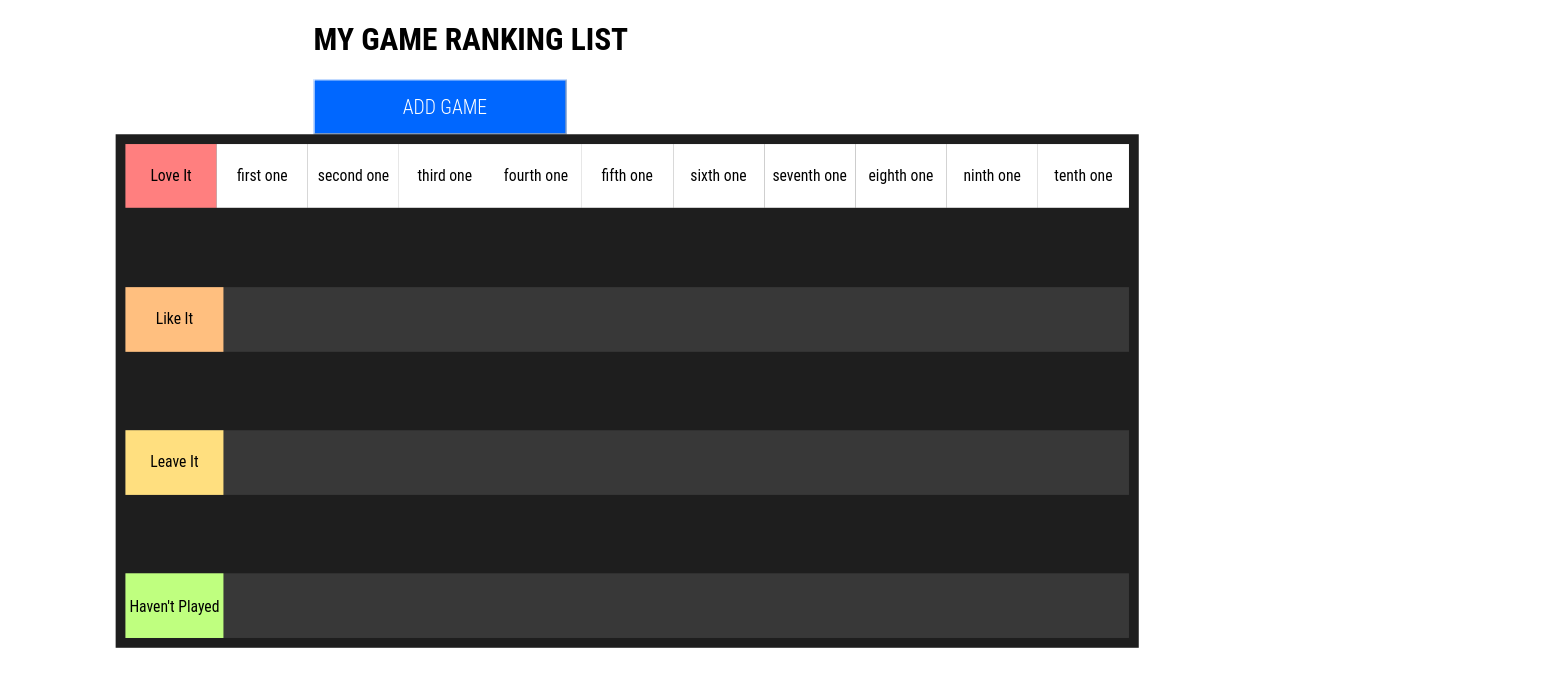
Repository: akiachenise/akiachenise.github.io
Page: JackboxGames_TierList_vanilla/index.html
These files come from the project's save history. The page is drawn as it stood at one moment and after the next save; the edit follows.
The browser window is 1280 px wide. The page is 1600 px wide, so the pictures cover 1600 px, including what lies to the right of the window. The pictures show the whole page, at 98% of full size.

Above is the page before, as saved 2022-11-26 17:45:49.

After the next save:
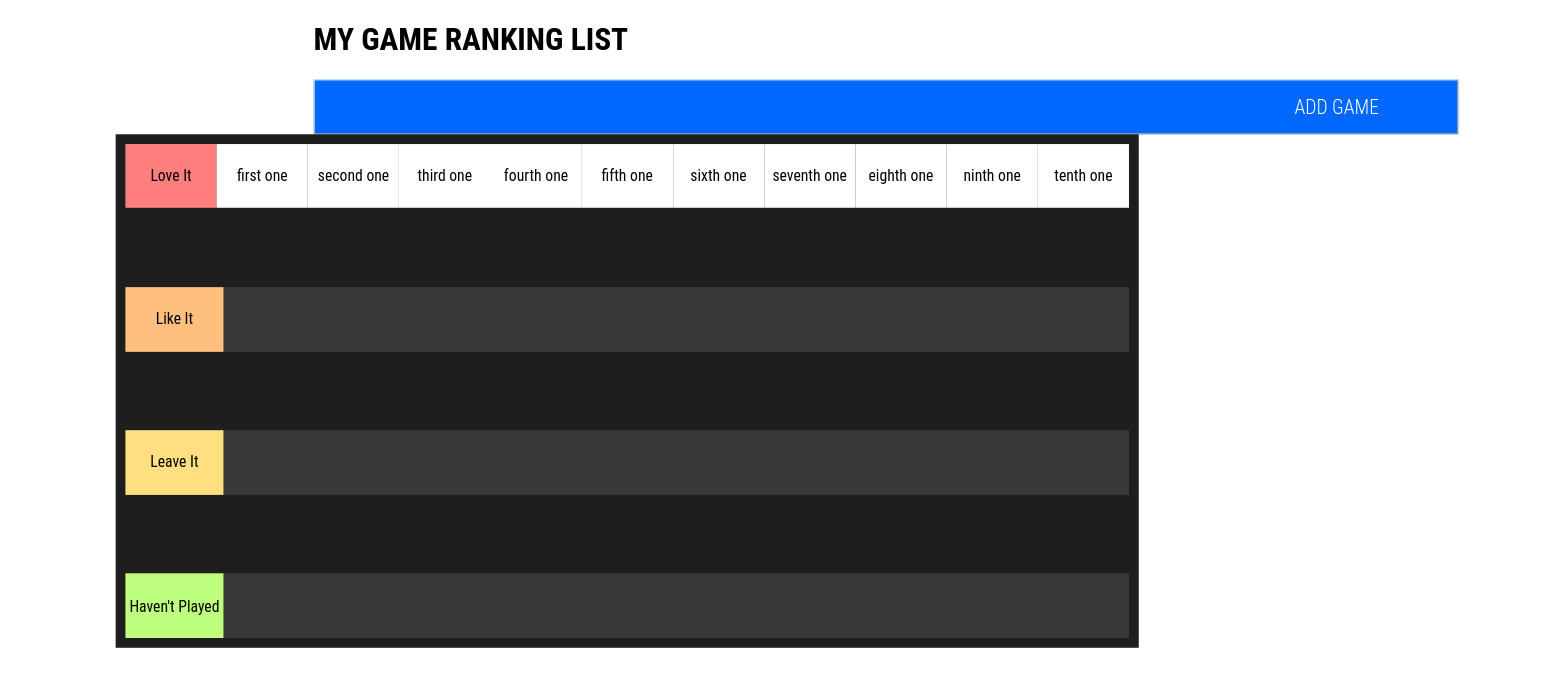
Saved 19 s later.
--- a/JackboxGames_TierList_vanilla/css/stylesheet.css
+++ b/JackboxGames_TierList_vanilla/css/stylesheet.css
@@ -28,7 +28,7 @@
     border-color: white;
     color: white;
     background: rgba(0,103,255,1);
-    padding: 15px 80px 15px 90px;
+    padding: 15px 80px 15px 1000px;
 
 
 

After the save that followed:
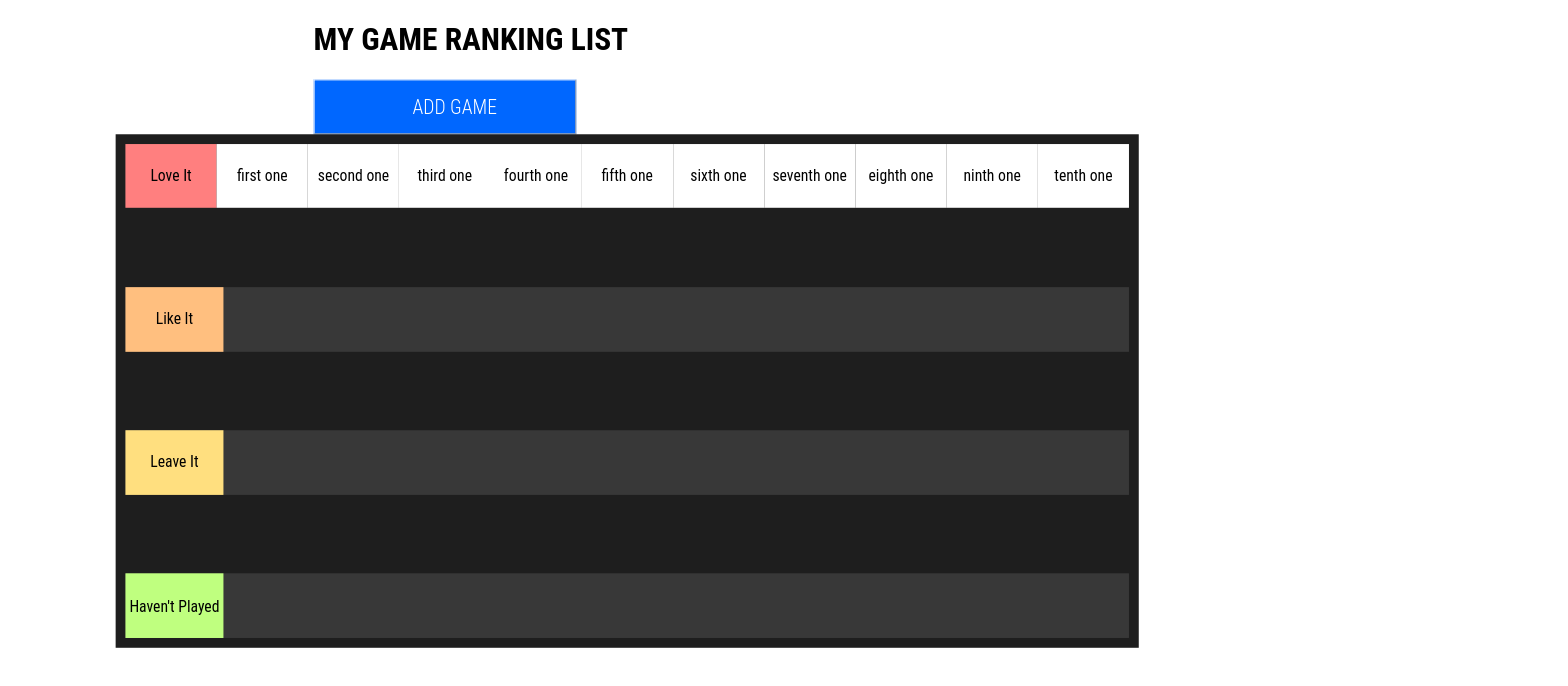
Saved 9 s later.
--- a/JackboxGames_TierList_vanilla/css/stylesheet.css
+++ b/JackboxGames_TierList_vanilla/css/stylesheet.css
@@ -28,7 +28,7 @@
     border-color: white;
     color: white;
     background: rgba(0,103,255,1);
-    padding: 15px 80px 15px 1000px;
+    padding: 15px 80px 15px 100px;
 
 
 
